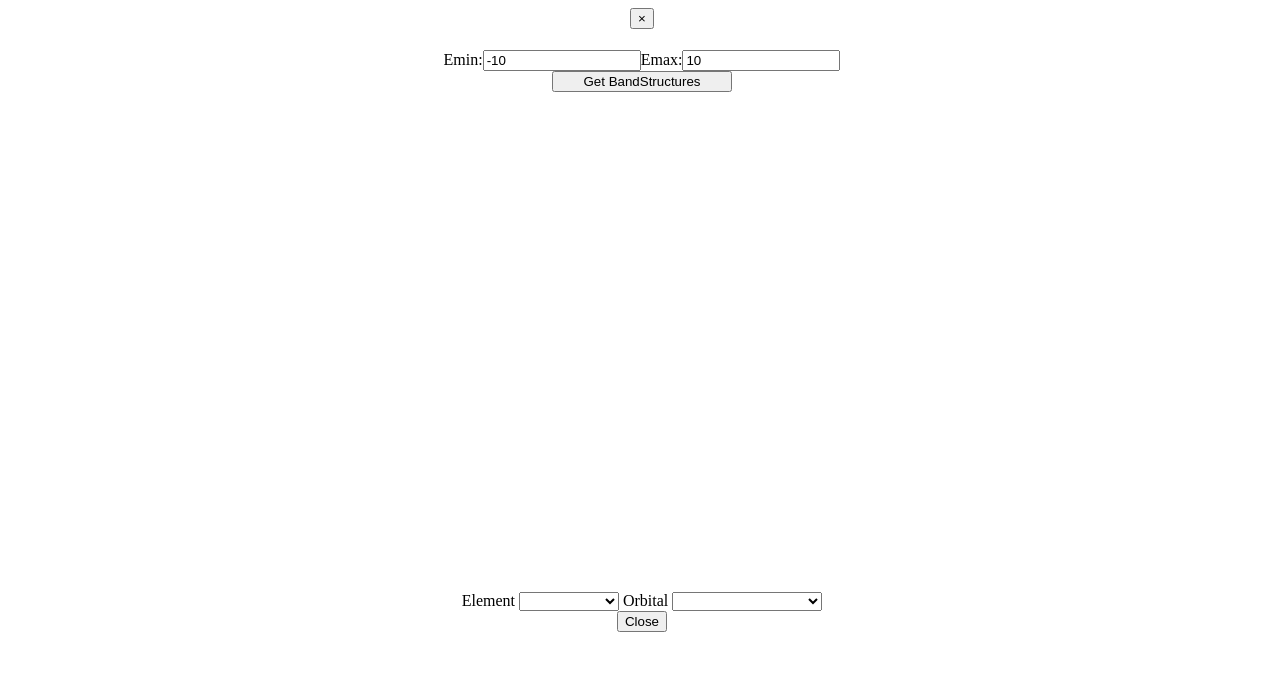
Repository: atowfiq/FESD_website-scripts
Page: http://localhost/fesdweb/BandstructureChart.jsp
These files come from the project's save history. The page is drawn as it stood at one moment and after the next save; the edit follows.
The browser window is 1280 px wide. The pictures show the whole page.
The page is served by Tomcat 9. Other server files are loaded and not shown.

Above is the page before, as saved 2017-07-28 00:45:09.

### fesdweb/WebContent/BandstructureChart.jsp
<%@ page language="java" contentType="text/html; charset=ISO-8859-1"
    pageEncoding="ISO-8859-1"%>
<!DOCTYPE html PUBLIC "-//W3C//DTD HTML 4.01 Transitional//EN" "http://www.w3.org/TR/html4/loose.dtd">
<html>
<head>
<meta http-equiv="Content-Type" content="text/html; charset=ISO-8859-1">
<title>Bandstructure</title>

<style type="text/css">
.main{
margin-top:-40px;
}


.modal .modal-body {
    max-height: 800px;
    overflow-y: auto;
}
.modal {
  text-align: center;
}

@media screen and (min-width: 768px) {
  .modal:before {
    content: " ";
    display: inline-block;
    height: 100%;
    vertical-align: middle;
  }
}

.modal-dialog {
  display: inline-block;
  text-align: center;
  vertical-align: middle;
}

</style>

    <script type="text/javascript">

      function drawChart(bands) {
    	//  $("#Bands").append($("<option></option>").val('All').html('All'));
     	  $.each(bands, function (key, value) {

 	         $("#BandsFrom").append($("<option></option>").val(value.Index).html(value.Index));
 	        $("#BandsTo").append($("<option></option>").val(value.Index).html(value.Index));

     	  });

     	 drawBandChart(bands);

          }

      	  function drawBandChart(bands)
      	  {


      	  BandChart = document.getElementById('BandChart');
      	  Plotly.purge(BandChart);

      	  var data =[];
      	  var dx=[];
    	  for(var i=0;i<bands[0].Energy.split(", ").length;i++)
    	         	  dx.push(i);
      	  for(var l=0;l<bands.length;l++)
      		{

      		  data.push({x:dx,y:bands[l].Energy.split(", ")});
      		}
      	  /* [{
      	      x: [1, 2, 3, 4, 5],
      	      y: [1, 2, 4, 8, 16],
      	  	},{
      	      x: [1, 2, 3, 4, 5],
      	      y: [2, 4, 6, 8, 16],
      	  	}]*/

      	 var layout = {
       			  title: 'Bandstructure' + Compound.Formula,

       			  yaxis: {
       			    range: [-10, 10],
       			    autorange: false
       			  },

       			};
      	  Plotly.plot( BandChart,data, layout );
      	  }

      	  function drawChartSingleBand(index,bands,orbitalValue)
      	  {



      		 BandChart = document.getElementById('BandChart');
      		 Plotly.purge(BandChart);

      		 var data =[];
         	  var dx=[];
         	  for(var i=0;i<bands[index].Energy.split(", ").length;i++)
         		  dx.push(i);

         	var weight= orbitalValue.split(", ");


         	// data.push({x:dx,y:bands[index].Energy.split(", ")});
         	  data.push({x:dx,
         			  y:bands[index].Energy.split(", "),
         			  type: 'scatter',                    // set the chart type
        		      mode: 'lines',
        		      line: {                             // set the width of the line.
        		         width: 1
        		      },

        		      error_y: {
        		        array: weight.map(function(x) { return x ; }),
        		        thickness: 0.5,                   // set the thickness of the error bars
        		        width: 0
        		      }


         		  });



         	  Plotly.plot( BandChart,data, {
         	      margin: { t: 0 } } );



      	  }

      	function GetBandstructures()
      	{
      		var bandsFrom=$("#BandsFrom").val(),bandsTo =$("#BandsTo").val();
      		if(bandsFrom>bandsTo)
      		{
      			alert("Bands from should be less than bands to.");
      			return;
      		}
      		$.get('BandStructureServlet', {
      			from: bandsFrom,
      			to: bandsTo,
      			id:Compound.Id
      			 }, function(data) {
      				 $("#CompoundElements").html('');
      				    $("#CompoundElements").append($("<option></option>").val("None").html("None"));
      			  	     $.each(data, function (key, value) {

      			  	         $("#CompoundElements").append($("<option></option>").val(JSON.stringify({Header: value.Header,PartialEnergy:value.PartialEnergy})).html(value.Element+" "+value.ElementIndex));
      			  	       });



      		});



      	}


    </script>

</head>
<body>
<div  id="Viewer"  class="modal fade bs-example-modal-lg" tabindex="-1" role="dialog" aria-labelledby="myLargeModalLabel" style="width:100%">
    <div class="modal-dialog modal-lg">

      <!-- Modal content-->


      <div class="modal-content">
        <div class="modal-header">
          <button type="button" class="close" data-dismiss="modal">&times;</button>
          <h4 class="modal-title" id="CompoundFormulaName"></h4>

        </div>
        <div class="modal-body">
    <div>
    <table>
    <tr>
<label  >Emin:</label><input id="EminBC" style="width:150px;"  class="form-control"  value="-10">

<label  >Emax:</label><input id="EmaxBC" style="width:150px;"  class="form-control"  value="10">
</table>
	</tr>
	</div>
	<button style="width:180px;" class="btn btn-secondary" onclick="GetBandstructures()">Get BandStructures</button>

   <div id="BandChart" style="width: 900px; height: 500px"></div>


 <label  class="control-label ">Element </label> <select style="width: 100px; "  id="CompoundElements">

		</select>
		<label  class="control-label ">Orbital</label> <select style="width: 150px; "  id="Orbitals">

		</select>
<div id="ViewerContent"  style="display: none;"> <img src="" id="imagepreview" style="padding: 5px; width: 800px; height: 600px;" ></div>
        </div>
        <div class="modal-footer">
          <button type="button" class="btn btn-default" data-dismiss="modal">Close</button>
        </div>
      </div>

    </div>
  </div>


</body>
</html>

After the next save:
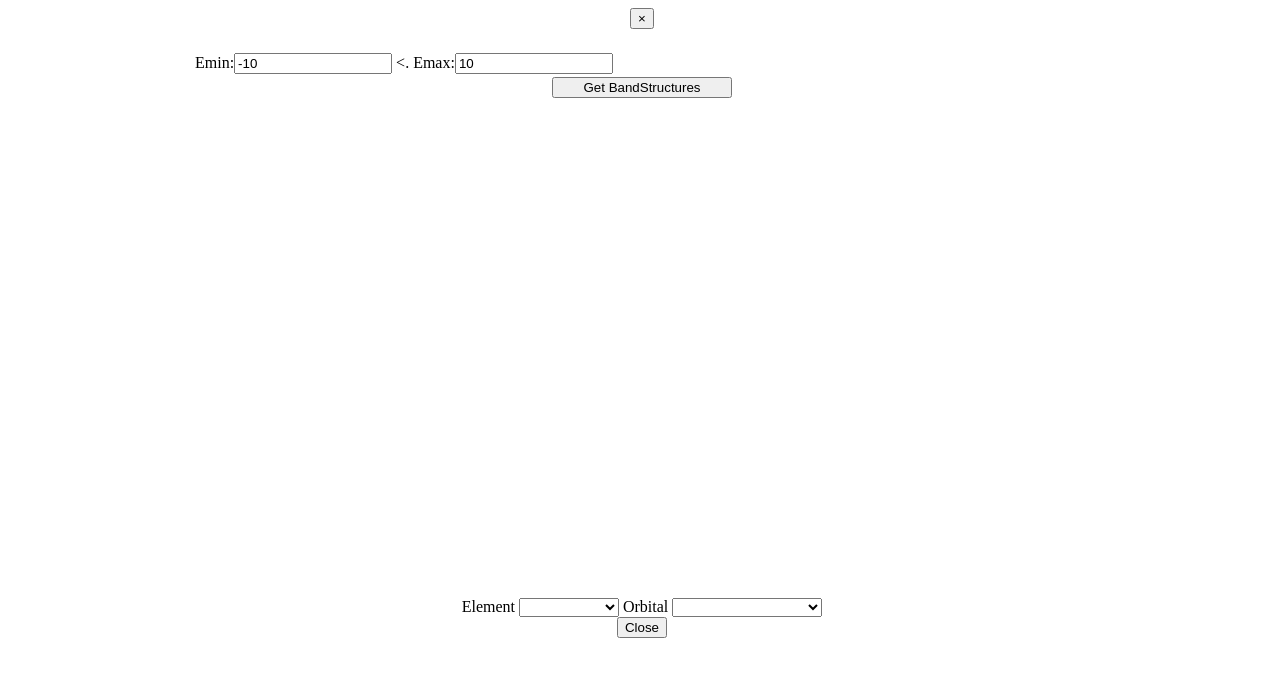
Saved 100 s later.
--- a/fesdweb/WebContent/BandstructureChart.jsp
+++ b/fesdweb/WebContent/BandstructureChart.jsp
@@ -180,9 +180,11 @@ margin-top:-40px;
     <div>
     <table>
     <tr>
-<label  >Emin:</label><input id="EminBC" style="width:150px;"  class="form-control"  value="-10">
-
-<label  >Emax:</label><input id="EmaxBC" style="width:150px;"  class="form-control"  value="10">
+    <td>
+<label>Emin:</label><input id="EminBC" style="width:150px;"  class="form-control"  value="-10">
+<.
+<td>
+<label>Emax:</label><input id="EmaxBC" style="width:150px;"  class="form-control"  value="10">
 </table>
 	</tr>
 	</div>
